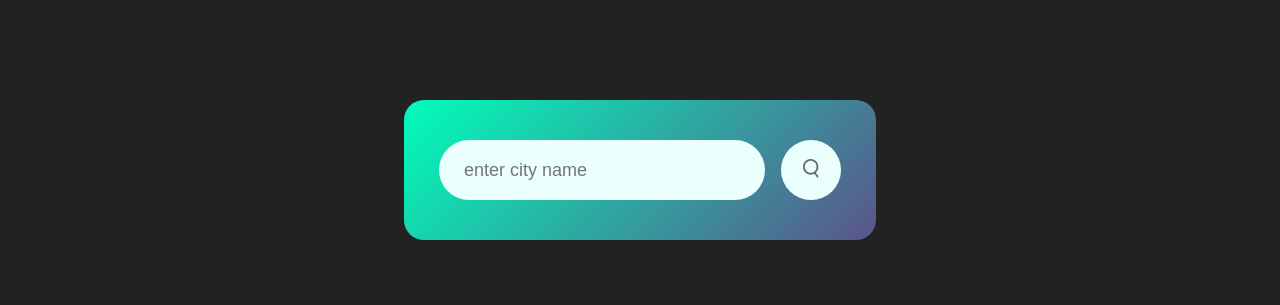
Repository: Rohit-foryou/Weather-app
Page: Weather App/Weather.html
The author's editor kept a copy of each file at every save. The page is drawn from the files as they stood at one save, then again after the next save.
The browser window is 1280 px wide. The pictures show the whole page.

Above is the page before, as saved 2023-12-13 16:36:53.

After the next save:
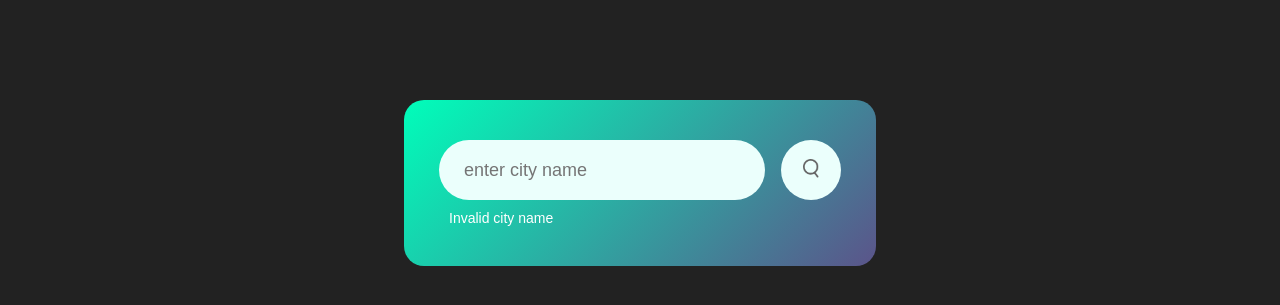
Saved 16 s later.
--- a/Weather App/Weather.html
+++ b/Weather App/Weather.html
@@ -12,6 +12,7 @@
             <input type="text" placeholder="enter city name" spellcheck="false">
             <button><img src="Weather(Images)/search.png" alt=""></button>
         </div>
+        <div class="error">Invalid city name</div>
         <div class="weather">
             <img src="Weather(Images)/rain.png" class="weather-icon">
             <h1 class="temp">22°c</h1>

After the save that followed:
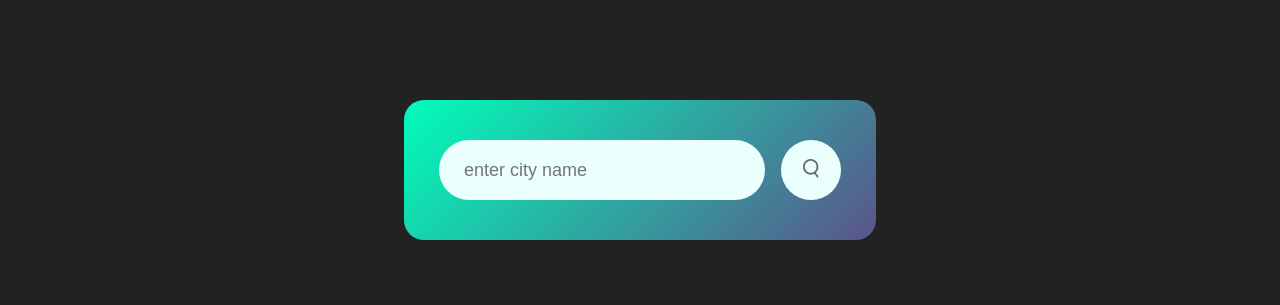
Saved 26 s later.
--- a/Weather App/Weather.css
+++ b/Weather App/Weather.css
@@ -107,4 +107,5 @@ body{
     margin-left: 10px;
     font-size: 14px;
     margin-top: 10px;
+    display: none;
 }
